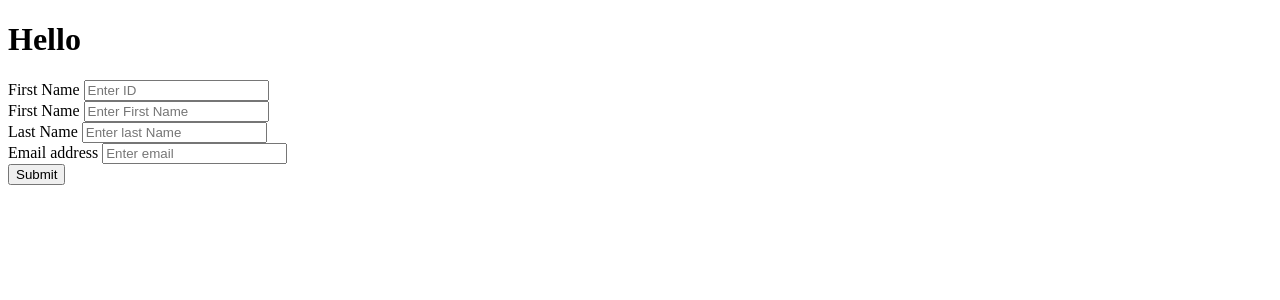
Repository: Siddhant1401/Aurionpro-J2EE
Page: http://localhost/08-STUDENT-MVC/add-Student.jsp
The author's editor kept a copy of each file at every save. The page is drawn from the files as they stood at one save, then again after the next save.
The browser window is 1280 px wide. The pictures show the whole page.
The page is served by Tomcat 9.

Above is the page before, as saved 2023-10-17 06:34:24.

After the next save:
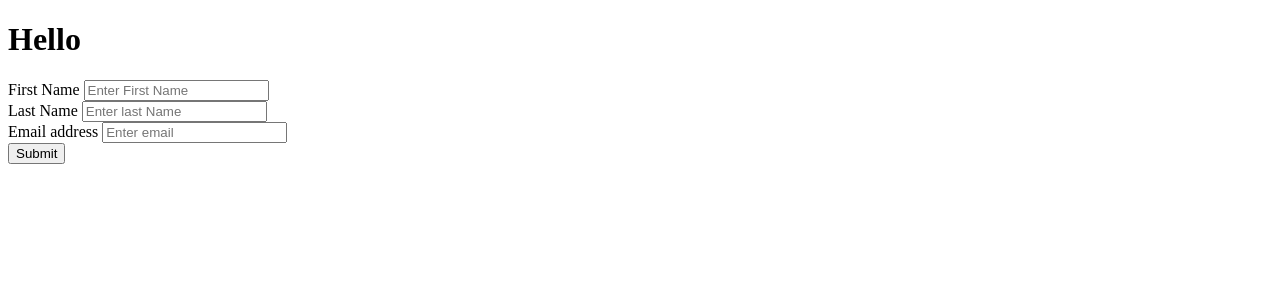
Saved 87 s later.
--- a/08-STUDENT-MVC/WebContent/add-Student.jsp
+++ b/08-STUDENT-MVC/WebContent/add-Student.jsp
@@ -9,11 +9,6 @@
 <body>
 	<h1>Hello</h1>
 	<form action="StudentController" method="get">
-		<div class="form-group">
-			<label for="id">First Name </label> <input type="text"
-				class="form-control" name="id"
-				placeholder="Enter ID">
-		</div>
 		<div class="form-group">
 			<label for="first_name">First Name </label> <input type="text"
 				class="form-control" name="first_name"
